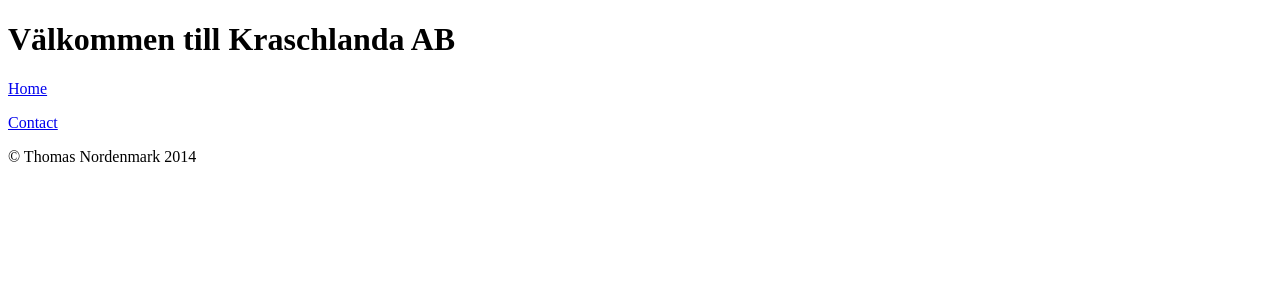
Repository: tnordenmark/web_lab3
Page: Site/uppgift_1/index.html
An editor plug-in stored every save of this project. The page is shown before and after the next save, followed by the edit.
The browser window is 1280 px wide. The pictures show the whole page.

Above is the page before, as saved 2014-09-13 10:03:26.

### Site/uppgift_1/index.html
<!DOCTYPE html>

<!---
Thomas Nordenmark
thno1200
t.nordenmark@gmail.com
-->

<html lang="en">
	<head>
		<meta charset="utf-8">

		<title>Flygbolaget Kraschlanda AB</title>
		<meta name="description" content="Allt du behöver för att känna dig otrygg i luftrummet!">
		<meta name="author" content="Thomas Nordenmark">

		<meta name="viewport" content="width=device-width; initial-scale=1.0">

		<link rel="shortcut icon" href="/favicon.ico" type="image/x-icon">
	</head>

	<body>
		<div>
			<header>
				<h1>Välkommen till Kraschlanda AB</h1>
			</header>
			<nav>
				<p>
					<a href="/">Home</a>
				</p>
				<p>
					<a href="/contact">Contact</a>
				</p>
			</nav>

			<div>

			</div>

			<footer>
				<p>
					&copy; Thomas Nordenmark 2014
				</p>
			</footer>
		</div>
	</body>
</html>

After the next save:
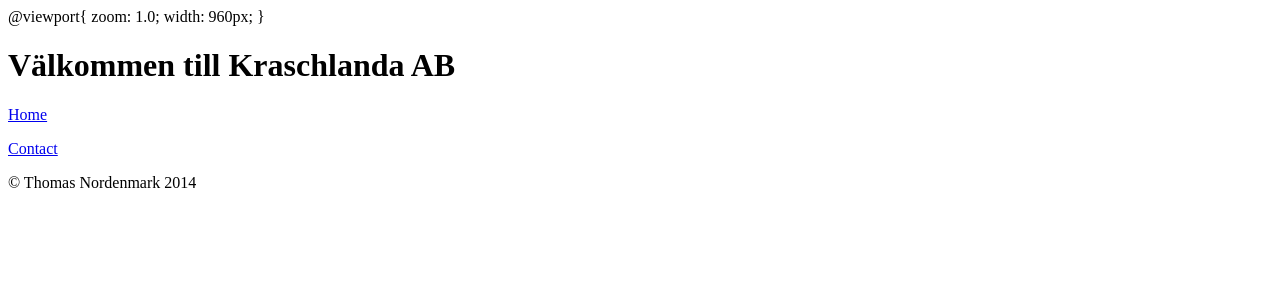
Saved 107 min 9 s later.
--- a/Site/uppgift_1/index.html
+++ b/Site/uppgift_1/index.html
@@ -17,6 +17,11 @@ t.nordenmark@gmail.com
 		<meta name="viewport" content="width=device-width; initial-scale=1.0">
 
 		<link rel="shortcut icon" href="/favicon.ico" type="image/x-icon">
+
+		@viewport{
+            zoom: 1.0;
+            width: 960px;
+        }
 	</head>
 
 	<body>
